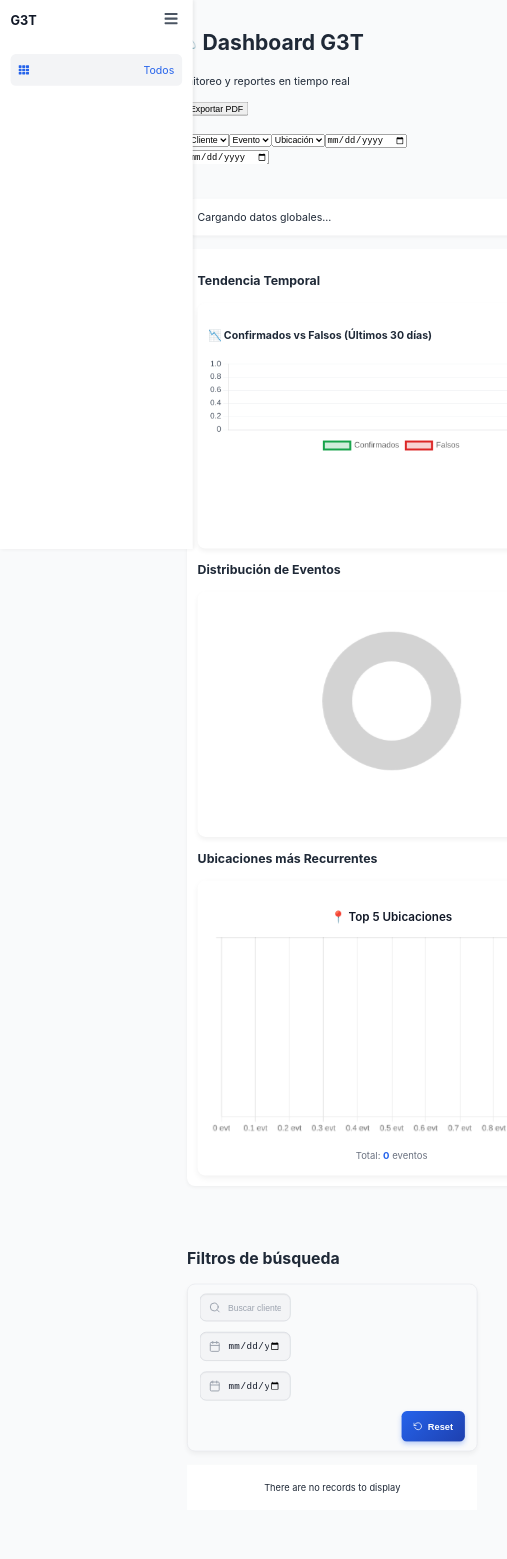
Repository: BBrian11/reportes
Page: /
These files come from the project's save history. The page is drawn as it stood at one moment and after the next save; the edit follows.
The browser window is 768 px wide. The pictures show the whole page, at 66% of full size.
The page's requests for data from a server got no answer. The project was rebuilt for these pictures with package versions that can differ from the ones it lists, and the page was loaded fresh each time. Some packages were replaced by stand-ins written for this rebuild. No one was signed in, and anything a server would have sent is missing. Also part of the build but not shown: vite.config.js, src/components/Dashboard/BarChart.jsx, src/styles/tgsstats.css, src/components/Dashboard/TgsStats.jsx, src/styles/edificiostats.css, src/components/Dashboard/EdificioStats.jsx, src/styles/vtvstats.css, src/components/Dashboard/VtvStats.jsx and 6 more.

Above is the page before, as saved 2025-08-01 13:14:36.

### index.html
<!DOCTYPE html>
<html lang="es">
  <head>
    <meta charset="UTF-8" />
    <meta name="viewport" content="width=device-width, initial-scale=1.0" />
    <title>Dashboard G3T</title>
  </head>
  <body>
    <div id="root"></div>
    <script type="module" src="/src/main.jsx"></script>
  </body>
</html>

### src/main.jsx
import React from "react";
import ReactDOM from "react-dom/client";
import App from "./App.jsx";
import "./styles/dashboard.css";
import "./styles/form.css";

ReactDOM.createRoot(document.getElementById("root")).render(
  <React.StrictMode>
    <App />
  </React.StrictMode>
);

### src/App.jsx
import React from "react";
import Dashboard from "./components/Dashboard/Dashboard.jsx";

export default function App() {
  return <Dashboard />;
}

### src/components/Dashboard/Header.jsx
import React from 'react';

export default function Header() {
  return (
    <div className="bg-gradient-to-r from-blue-700 to-indigo-800 text-white p-4 rounded-lg shadow-md flex justify-between items-center mb-4">
      <div>
        <h1 className="text-xl font-bold">📡 Dashboard G3T</h1>
        <p className="text-sm">Monitoreo y reportes en tiempo real</p>
      </div>
      <button className="bg-white text-blue-900 px-4 py-2 rounded shadow hover:bg-gray-200 transition">
        📄 Exportar PDF
      </button>
    </div>
  );
}

### src/components/Dashboard/Filters.jsx
import React from 'react';

export default function Filters() {
  return (
    <div className="bg-white p-4 rounded-lg shadow mb-4 flex flex-wrap gap-2">
      <select className="border p-2 rounded w-full md:w-auto">
        <option>Cliente</option>
      </select>
      <select className="border p-2 rounded w-full md:w-auto">
        <option>Evento</option>
      </select>
      <select className="border p-2 rounded w-full md:w-auto">
        <option>Ubicación</option>
      </select>
      <input type="date" className="border p-2 rounded w-full md:w-auto" />
      <input type="date" className="border p-2 rounded w-full md:w-auto" />
    </div>
  );
}

### src/components/Dashboard/Charts.jsx
import React from "react";
import BarChart from "./BarChart";
import PieChart from "./PieChart";
import LineChart from "./LineChart";
import HorizontalChart from "./HorizontalChart";
import {
  Chart as ChartJS,
  CategoryScale,
  LinearScale,
  BarElement,
  ArcElement,
  PointElement,
  LineElement,
  Title,
  Tooltip,
  Legend,
} from "chart.js";

ChartJS.register(
  CategoryScale,
  LinearScale,
  BarElement,
  ArcElement,
  PointElement,
  LineElement,
  Title,
  Tooltip,
  Legend
);

export default function Charts({ eventos }) {
  return (
    <div className="grid grid-cols-1 lg:grid-cols-2 xl:grid-cols-3 gap-6 mb-6">
      {/* ✅ Eventos por mes */}


      {/* ✅ Tendencia Temporal */}
      <div className="bg-white rounded-xl shadow p-4 hover:shadow-lg transition">
        <h3 className="text-lg font-semibold mb-4">Tendencia Temporal</h3>
        <LineChart eventos={eventos} />
      </div>

      {/* ✅ Distribución por Tipo de Evento */}
      <div className="bg-white rounded-xl shadow p-4 hover:shadow-lg transition">
        <h3 className="text-lg font-semibold mb-4">Distribución de Eventos</h3>
        <PieChart eventos={eventos} />
      </div>

      {/* ✅ Ubicaciones más Recurrentes */}
      <div className="bg-white rounded-xl shadow p-4 hover:shadow-lg transition col-span-2">
        <h3 className="text-lg font-semibold mb-4">Ubicaciones más Recurrentes</h3>
        <HorizontalChart eventos={eventos} />
      </div>

      {/* ✅ Comparativa Día vs Noche */}

    </div>
  );
}

### src/styles/sidebar.css
.sidebar {
    width: 260px;
    background: #fff;
    height: 100vh;
    position: fixed;
    top: 0;
    left: 0;
    display: flex;
    flex-direction: column;
    padding: 16px;
    box-shadow: 2px 0 6px rgba(0, 0, 0, 0.08);
    transition: width 0.3s ease;
    overflow: hidden;
  }

  .sidebar.collapsed {
    width: 80px;
  }

  .sidebar-header {
    display: flex;
    justify-content: space-between;
    align-items: center;
    margin-bottom: 20px;
  }

  .logo-text {
    font-size: 1.2rem;
    font-weight: 700;
    color: #111827;
  }

  .toggle-btn {
    background: none;
    border: none;
    font-size: 1.4rem;
    cursor: pointer;
    color: #4b5563;
  }

  .sidebar ul {
    list-style: none;
    padding: 0;
  }

  .sidebar-item {
    margin-bottom: 6px;
  }

  .sidebar-link {
    display: flex;
    align-items: center;
    justify-content: space-between;
    padding: 12px;
    border-radius: 8px;
    color: #374151;
    cursor: pointer;
    transition: background 0.2s ease;
  }

  .sidebar-link:hover,
  .sidebar-link.active {
    background: #f3f4f6;
    color: #2563eb;
  }

  .sub-menu {
    background: #f9fafb;
    margin-top: 6px;
    border-radius: 6px;
    padding: 8px;
  }

  .search-input {
    width: 100%;
    padding: 6px 10px;
    border-radius: 6px;
    border: 1px solid #d1d5db;
    margin-bottom: 8px;
    font-size: 0.9rem;
  }

  .scrollable-list {
    max-height: 180px; /* ✅ Scroll interno */
    overflow-y: auto;
  }

  .scrollable-list ul {
    list-style: none;
    padding-left: 12px;
    margin: 4px 0;
  }

  .sub-item {
    padding: 6px;
    cursor: pointer;
    border-radius: 4px;
    font-size: 0.9rem;
    color: #4b5563;
  }

  .sub-item:hover {
    background: #e5e7eb;
    color: #111827;
  }

  .grupo {
    margin-bottom: 8px;
  }

  .grupo strong {
    font-size: 0.85rem;
    color: #6b7280;
    display: block;
    margin-bottom: 4px;
  }

### src/components/Dashboard/PieChart.jsx
// src/components/Dashboard/PieChart.jsx
import React, { useEffect } from "react";
import * as echarts from "echarts";

export default function PieChart({ eventos }) {
  useEffect(() => {
    const chartDom = document.getElementById("pieChart");
    const myChart = echarts.init(chartDom);

    const eventCounts = {};
    eventos.forEach((e) => {
      eventCounts[e.evento] = (eventCounts[e.evento] || 0) + 1;
    });

    const data = Object.keys(eventCounts).map((key) => ({
      name: key,
      value: eventCounts[key],
    }));

    myChart.setOption({
      tooltip: { trigger: "item" },
      series: [
        {
          type: "pie",
          radius: ["40%", "70%"],
          avoidLabelOverlap: false,
          label: { show: true, formatter: "{b}: {c}" },
          data: data,
        },
      ],
    });

    return () => myChart.dispose();
  }, [eventos]);

  return   <div className="bar-chart-card"><div id="pieChart" style={{ height: "300px" }}></div></div>;
}

### src/components/Dashboard/LineChart.jsx
import { Line } from "react-chartjs-2";

export default function LineChart({ eventos }) {
  // ✅ Filtrar últimos 30 días
  const hoy = new Date();
  const hace30dias = new Date();
  hace30dias.setDate(hoy.getDate() - 30);

  const ultimosEventos = eventos.filter(
    (e) => e.fechaObj && e.fechaObj >= hace30dias && e.fechaObj <= hoy
  );

  // ✅ Agrupar confirmados vs falsos por día
  const grouped = {};
  ultimosEventos.forEach((e) => {
    const key = e.fechaObj.toLocaleDateString("es-AR", {
      day: "2-digit",
      month: "short",
    });

    if (!grouped[key]) grouped[key] = { confirmados: 0, falsos: 0 };
    if (e.evento.toLowerCase().includes("confirmado")) {
      grouped[key].confirmados += 1;
    } else if (e.evento.toLowerCase().includes("falso")) {
      grouped[key].falsos += 1;
    }
  });

  // ✅ Ordenar fechas
  const sortedKeys = Object.keys(grouped).sort((a, b) => {
    const parseKey = (str) => {
      const [day, month] = str.split(" ");
      const meses = [
        "ene", "feb", "mar", "abr", "may", "jun",
        "jul", "ago", "sep", "oct", "nov", "dic"
      ];
      return new Date(new Date().getFullYear(), meses.indexOf(month), parseInt(day));
    };
    return parseKey(a) - parseKey(b);
  });

  const data = {
    labels: sortedKeys,
    datasets: [
      {
        label: "Confirmados",
        data: sortedKeys.map((k) => grouped[k].confirmados),
        borderColor: "#16a34a",
        backgroundColor: "rgba(22, 163, 74, 0.2)",
        fill: true,
        tension: 0.3,
        pointBackgroundColor: "#16a34a",
      },
      {
        label: "Falsos",
        data: sortedKeys.map((k) => grouped[k].falsos),
        borderColor: "#dc2626",
        backgroundColor: "rgba(220, 38, 38, 0.2)",
        fill: true,
        tension: 0.3,
        pointBackgroundColor: "#dc2626",
      },
    ],
  };

  const options = {
    responsive: true,
    maintainAspectRatio: false,
    plugins: {
      legend: { position: "bottom" },
      tooltip: {
        callbacks: {
          label: (ctx) => `${ctx.dataset.label}: ${ctx.parsed.y} eventos`,
        },
      },
    },
    scales: {
      x: {
        ticks: { color: "#4b5563", font: { size: 12 } },
        grid: { display: false },
      },
      y: {
        beginAtZero: true,
        ticks: { color: "#4b5563" },
        grid: { color: "#f3f4f6" },
      },
    },
  };

  return (
    <div className="bar-chart-card">
    <div className="line-chart-card">
      <h4 className="line-chart-title">📉 Confirmados vs Falsos (Últimos 30 días)</h4>
      <div className="line-chart-wrapper">
        <Line data={data} options={options} />
      </div>
    </div>    </div>
  );
}

### src/components/Dashboard/HorizontalChart.jsx
import { Bar } from "react-chartjs-2";
import "../../styles/horizontalchart.css"; // ✅ Nueva hoja de estilos

export default function HorizontalChart({ eventos }) {
  const countByLocation = {};
  eventos.forEach(e => {
    countByLocation[e.ubicacion] = (countByLocation[e.ubicacion] || 0) + 1;
  });

  const sorted = Object.entries(countByLocation)
    .sort((a, b) => b[1] - a[1])
    .slice(0, 5);

  const labels = sorted.map(([loc]) => loc);
  const values = sorted.map(([_, count]) => count);
  const total = values.reduce((a, b) => a + b, 0);

  const colors = ["#2563eb", "#16a34a", "#f59e0b", "#dc2626", "#6b7280"];

  const data = {
    labels,
    datasets: [
      {
        label: "Eventos",
        data: values,
        backgroundColor: colors,
        borderRadius: 6,
        barThickness: 28,
      },
    ],
  };

  const options = {
    indexAxis: "y",
    responsive: true,
    maintainAspectRatio: false,
    plugins: {
      legend: { display: false },
      tooltip: {
        callbacks: {
          label: (ctx) => {
            const count = ctx.parsed.x;
            const pct = ((count / total) * 100).toFixed(1);
            return ` ${count} eventos (${pct}%)`;
          },
        },
      },
    },
    scales: {
      x: {
        ticks: {
          callback: (value) => value + " evt",
        },
      },
    },
  };

  return (
    <div className="horizontal-chart-card">
      <h4 className="horizontal-chart-title">📍 Top 5 Ubicaciones</h4>
      <div className="horizontal-chart-wrapper">
        <Bar data={data} options={options} />
      </div>
      <div className="horizontal-chart-footer">
        Total: <span>{total}</span> eventos
      </div>
    </div>
  );
}

### src/styles/eventstable.css
.event-table-card {
    background: #fff;
    border-radius: 12px;
    box-shadow: 0 4px 8px rgba(0,0,0,0.08);
    padding: 20px;
    margin-top: 20px;
    overflow: hidden;
  }

  .table-header {
    display: flex;
    flex-direction: column;
    margin-bottom: 16px;
  }

  .table-title {
    font-size: 1rem;
    font-weight: 700;
    color: #111827;
    display: flex;
    align-items: center;
    gap: 8px;
  }

  .table-subtitle {
    font-size: 0.85rem;
    color: #6b7280;
  }

  .rdt_TableHeader {
    border-bottom: 1px solid #e5e7eb;
  }

  .rdt_Table {
    font-size: 14px;
  }

  .rdt_TableRow {
    transition: background 0.2s ease;
  }

  .rdt_TableRow:hover {
    background: #f9fafb;
  }

  .rdt_Pagination {
    border-top: 1px solid #e5e7eb;
    padding: 10px;
    font-size: 0.85rem;
  }
  .table-header {
    display: flex;
    justify-content: space-between;
    align-items: center;
    margin-bottom: 16px;
    flex-wrap: wrap;
    gap: 12px;
  }

  .table-title-container {
    display: flex;
    flex-direction: column;
  }

  .table-search input {
    padding: 10px 14px;
    border-radius: 8px;
    border: 1px solid #d1d5db;
    font-size: 14px;
    width: 280px;
    transition: 0.3s;
  }

  .table-search input:focus {
    border-color: #2563eb;
    outline: none;
    box-shadow: 0 0 0 2px rgba(37, 99, 235, 0.2);
  }
  /* Botones SweetAlert */
.swal2-popup {
  border-radius: 16px !important;
  padding: 20px !important;
  font-family: 'Poppins', sans-serif;
}

.swal2-title {
  color: #2563eb !important;
  font-size: 20px !important;
  font-weight: bold !important;
}

.swal2-textarea {
  border-radius: 10px !important;
  border: 1px solid #d1d5db !important;
  font-size: 14px;
  min-height: 100px;
}

.btn-save-swal {
  background: #2563eb !important;
  color: white !important;
  border-radius: 8px !important;
  padding: 10px 20px !important;
  font-size: 14px !important;
}

.btn-cancel-swal {
  background: #e5e7eb !important;
  color: #111827 !important;
  border-radius: 8px !important;
  padding: 10px 20px !important;
  font-size: 14px !important;
}/* ===== Contenedor de Filtros ===== */
/* ===== Contenedor de Filtros ===== */
/* ===== Contenedor de Filtros ===== */
/* ===== Contenedor de Filtros ===== */
.filters-container {
  display: grid;
  grid-template-columns: auto; /* Buscador largo + fechas + botón */
  gap: 14px;
  align-items: center;
  background: #f9fafb;
  border: 1px solid #e5e7eb;
  border-radius: 14px;
  padding: 14px 18px;
  margin-bottom: 20px;
  box-shadow: 0 4px 8px rgba(0, 0, 0, 0.05);
}

/* Responsive: Tablets */
@media (max-width: 1024px) {
  .filters-container {
    grid-template-columns: 1fr 1fr;
  }
}

/* Responsive: Mobile */
@media (max-width: 768px) {
  .filters-container {
    grid-template-columns: 1fr;
  }
}

/* ===== Inputs Modernos ===== */
.filters-container .icon-wrapper {
  position: relative;
  width: 100%;
}

.filters-container .icon-wrapper input {
  width: 20%;
  padding: 12px 14px 12px 42px; /* Espacio para ícono */
  border-radius: 10px;
  border: 1px solid #d1d5db;
  background-color: #f3f4f6;
  font-size: 14px;
  color: #111827;
  transition: all 0.3s ease;
  box-shadow: inset 0 1px 2px rgba(0, 0, 0, 0.05);
}

.filters-container .icon-wrapper input:focus {
  border-color: #2563eb;
  background-color: #ffffff;
  outline: none;
  box-shadow: 0 0 0 3px rgba(37, 99, 235, 0.15);
}

/* Placeholder */
.filters-container .icon-wrapper input::placeholder {
  color: #9ca3af;
  font-size: 13px;
}

/* ===== Íconos dentro de inputs ===== */
.filters-container .icon-wrapper svg {
  position: absolute;
  left: 14px;
  top: 50%;
  transform: translateY(-50%);
  color: #9ca3af;
  font-size: 18px;
  pointer-events: none;
}

/* ===== Botón Reset ===== */
.reset-wrapper {
  display: flex;
  justify-content: flex-end;
}

.reset-wrapper button {
  display: flex;
  align-items: center;
  justify-content: center;
  gap: 8px;
  background: linear-gradient(135deg, #2563eb, #1e40af);
  color: #fff;
  font-size: 14px;
  font-weight: 600;
  border: none;
  border-radius: 12px;
  padding: 12px 20px;
  cursor: pointer;
  min-width: 100px;
  height: 46px;
  box-shadow: 0 4px 10px rgba(37, 99, 235, 0.3);
  transition: all 0.3s ease-in-out;
}

.reset-wrapper button:hover {
  background: linear-gradient(135deg, #1e40af, #1d4ed8);
  transform: translateY(-2px);
}

.reset-wrapper button:active {
  transform: scale(0.98);
}
/* Contenedor principal */
.filters-wrapper {
  margin-bottom: 20px;
}

/* Contenedor con grid */
.filters-container {
  display: grid;
  grid-template-columns: 1fr 180px 180px auto; /* Ajuste compacto */
  gap: 16px; /* Más separación */
  align-items: center;
  background: #f9fafb;
  border: 1px solid #e5e7eb;
  border-radius: 12px;
  padding: 14px 18px;
  box-shadow: 0 4px 8px rgba(0, 0, 0, 0.05);
}

/* Responsivo */
@media (max-width: 1024px) {
  .filters-container {
    grid-template-columns: 1fr 1fr; /* Dos columnas */
  }
}

@media (max-width: 768px) {
  .filters-container {
    grid-template-columns: 1fr; /* Una columna */
  }
}

/* Inputs */
.icon-wrapper {
  position: relative;
  width: 100%;
}

.icon-wrapper input {
  width: 100%;
  padding: 12px 14px 12px 40px;
  border-radius: 10px;
  border: 1px solid #d1d5db;
  background-color: #fff; /* Más limpio */
  font-size: 14px;
  color: #111827;
  transition: 0.3s;
}

.icon-wrapper input:focus {
  border-color: #2563eb;
  box-shadow: 0 0 0 2px rgba(37, 99, 235, 0.15);
}

/* Iconos */
.icon-wrapper svg {
  position: absolute;
  left: 14px;
  top: 50%;
  transform: translateY(-50%);
  color: #6b7280;
}

/* Botón Reset */
.reset-wrapper {
  display: flex;
  justify-content: flex-end;
}

.reset-wrapper button {
  display: flex;
  align-items: center;
  gap: 8px;
  background: linear-gradient(135deg, #2563eb, #1e40af);
  color: #fff;
  font-weight: 600;
  border: none;
  border-radius: 8px;
  padding: 12px 18px;
  cursor: pointer;
  min-width: 90px;
  box-shadow: 0 4px 8px rgba(37, 99, 235, 0.3);
  transition: all 0.3s;
}

.reset-wrapper button:hover {
  background: linear-gradient(135deg, #1e40af, #1d4ed8);
  transform: translateY(-2px);
}

### src/styles/barChart.css
.bar-chart-card {
    background: #fff;
    border-radius: 12px;
    padding: 16px;
    box-shadow: 0 4px 8px rgba(0, 0, 0, 0.06);
    display: flex;
    flex-direction: column;
    gap: 12px;
    height: 340px;
  }

  .bar-chart-title {
    font-size: 1rem;
    font-weight: 600;
    color: #111827;
    text-align: center;
  }

  .bar-chart-wrapper {
    position: relative;
    height: 250px;
  }

### src/styles/horizontalchart.css
.horizontal-chart-card {
    background: #fff;
    border-radius: 12px;
    padding: 20px;
    box-shadow: 0 4px 10px rgba(0, 0, 0, 0.06);
    display: flex;
    flex-direction: column;
    justify-content: space-between;
    height: 100%;
    transition: transform 0.2s ease, box-shadow 0.2s ease;
  }

  .horizontal-chart-card:hover {
    transform: translateY(-4px);
    box-shadow: 0 8px 16px rgba(0, 0, 0, 0.08);
  }

  .horizontal-chart-title {
    font-size: 1.1rem;
    font-weight: 600;
    color: #111827;
    margin-bottom: 16px;
    text-align: center;
  }

  .horizontal-chart-wrapper {
    position: relative;
    height: 300px;
    margin-bottom: 12px;
  }

  .horizontal-chart-footer {
    font-size: 0.9rem;
    color: #6b7280;
    text-align: center;
    margin-top: 8px;
  }

  .horizontal-chart-footer span {
    font-weight: bold;
    color: #2563eb;
  }

Loaded but not shown: src/services/firebase.js (16 lines, source omitted); src/styles/dashboard.css (673 lines, source omitted); src/components/Dashboard/Dashboard.jsx (150 lines, source omitted); src/components/Dashboard/EventsTable.jsx (182 lines, source omitted); src/components/Dashboard/GlobalStats.jsx (148 lines, source omitted); src/components/Dashboard/Sidebar.jsx (143 lines, source omitted)

After the next save:
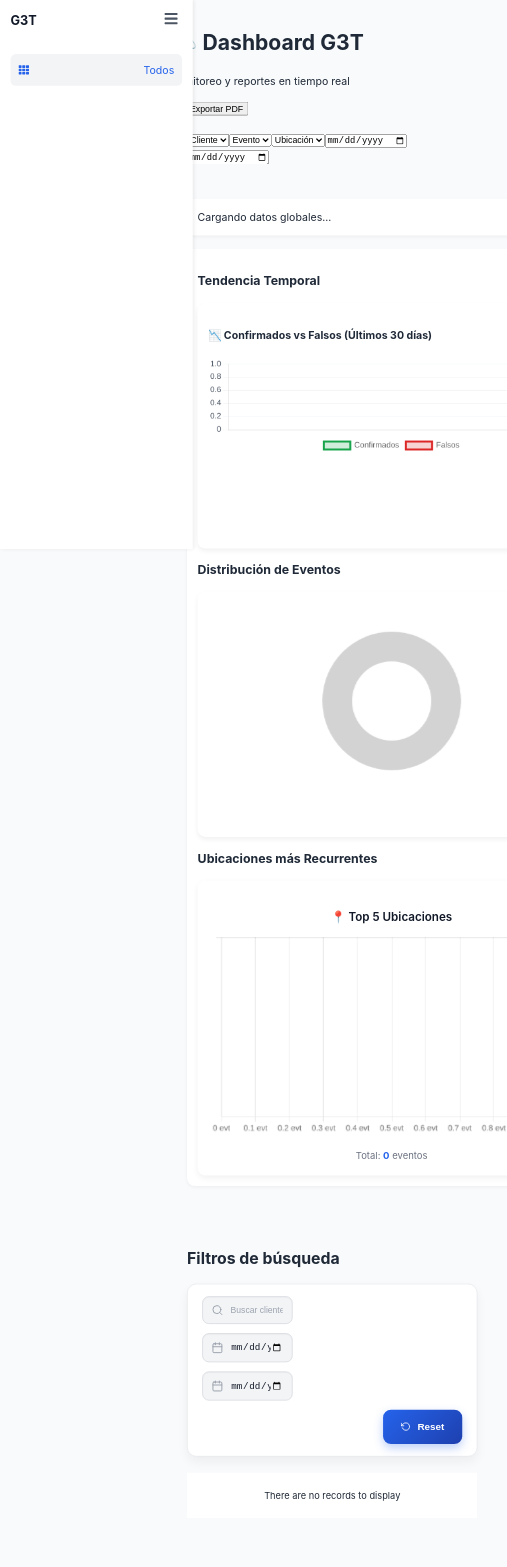
Saved 54 min 49 s later.
--- a/src/styles/eventstable.css
+++ b/src/styles/eventstable.css
@@ -221,20 +221,27 @@
   margin-bottom: 20px;
 }
 
-/* Contenedor con grid */
+/* ===== Contenedor de Filtros ===== */
 .filters-container {
   display: grid;
-  grid-template-columns: 1fr 180px 180px auto; /* Ajuste compacto */
-  gap: 16px; /* Más separación */
+  grid-template-columns: 1fr 220px 220px auto; /* Buscador flexible + fechas más anchas */
+  gap: 18px;
   align-items: center;
-  background: #f9fafb;
+  background: #ffffff; /* Fondo blanco puro */
   border: 1px solid #e5e7eb;
-  border-radius: 12px;
-  padding: 14px 18px;
-  box-shadow: 0 4px 8px rgba(0, 0, 0, 0.05);
-}
-
-/* Responsivo */
+  border-radius: 14px;
+  padding: 18px 22px;
+  margin-bottom: 24px;
+  box-shadow: 0 8px 16px rgba(0, 0, 0, 0.05);
+  transition: all 0.3s ease;
+}
+
+/* Hover para dar sensación de interacción */
+.filters-container:hover {
+  box-shadow: 0 10px 24px rgba(0, 0, 0, 0.08);
+}
+
+/* ===== Responsive ===== */
 @media (max-width: 1024px) {
   .filters-container {
     grid-template-columns: 1fr 1fr; /* Dos columnas */
@@ -244,10 +251,11 @@
 @media (max-width: 768px) {
   .filters-container {
     grid-template-columns: 1fr; /* Una columna */
-  }
-}
-
-/* Inputs */
+    gap: 14px;
+  }
+}
+
+/* ===== Inputs Modernos ===== */
 .icon-wrapper {
   position: relative;
   width: 100%;
@@ -255,30 +263,49 @@
 
 .icon-wrapper input {
   width: 100%;
-  padding: 12px 14px 12px 40px;
-  border-radius: 10px;
+  padding: 14px 16px 14px 46px; /* Más padding para look premium */
+  border-radius: 12px;
   border: 1px solid #d1d5db;
-  background-color: #fff; /* Más limpio */
-  font-size: 14px;
+  background-color: #f9fafb;
+  font-size: 15px;
   color: #111827;
-  transition: 0.3s;
-}
-
+  font-weight: 500;
+  transition: all 0.3s ease;
+  box-shadow: inset 0 1px 2px rgba(0, 0, 0, 0.05);
+}
+
+/* Hover */
+.icon-wrapper input:hover {
+  background-color: #ffffff;
+  border-color: #cbd5e1;
+}
+
+/* Focus */
 .icon-wrapper input:focus {
   border-color: #2563eb;
-  box-shadow: 0 0 0 2px rgba(37, 99, 235, 0.15);
-}
-
-/* Iconos */
+  background-color: #ffffff;
+  outline: none;
+  box-shadow: 0 0 0 4px rgba(37, 99, 235, 0.2);
+}
+
+/* Placeholder */
+.icon-wrapper input::placeholder {
+  color: #9ca3af;
+  font-size: 14px;
+}
+
+/* ===== Íconos dentro del input ===== */
 .icon-wrapper svg {
   position: absolute;
-  left: 14px;
+  left: 16px;
   top: 50%;
   transform: translateY(-50%);
   color: #6b7280;
-}
-
-/* Botón Reset */
+  font-size: 18px;
+  pointer-events: none;
+}
+
+/* ===== Botón Reset ===== */
 .reset-wrapper {
   display: flex;
   justify-content: flex-end;
@@ -287,20 +314,30 @@
 .reset-wrapper button {
   display: flex;
   align-items: center;
-  gap: 8px;
+  justify-content: center;
+  gap: 10px;
   background: linear-gradient(135deg, #2563eb, #1e40af);
-  color: #fff;
+  color: #ffffff;
+  font-size: 15px;
   font-weight: 600;
   border: none;
-  border-radius: 8px;
-  padding: 12px 18px;
+  border-radius: 12px;
+  padding: 14px 24px;
+  height: 52px; /* Más alto para sensación premium */
+  min-width: 120px;
   cursor: pointer;
-  min-width: 90px;
-  box-shadow: 0 4px 8px rgba(37, 99, 235, 0.3);
-  transition: all 0.3s;
-}
-
+  box-shadow: 0 6px 14px rgba(37, 99, 235, 0.3);
+  transition: all 0.3s ease-in-out;
+}
+
+/* Hover botón */
 .reset-wrapper button:hover {
   background: linear-gradient(135deg, #1e40af, #1d4ed8);
   transform: translateY(-2px);
-}
+  box-shadow: 0 10px 18px rgba(37, 99, 235, 0.4);
+}
+
+/* Active botón */
+.reset-wrapper button:active {
+  transform: scale(0.98);
+}
